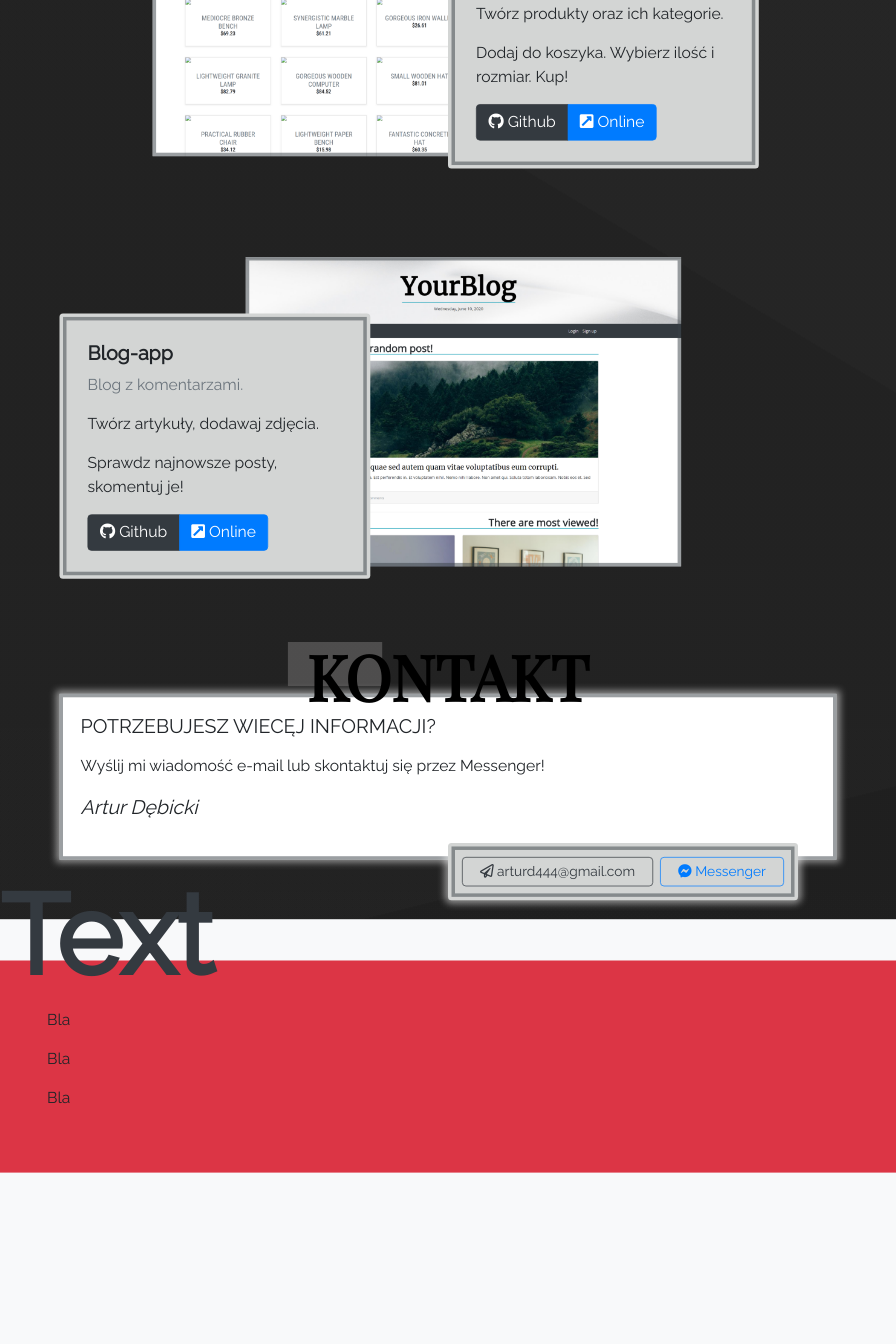
Repository: debicky/debicky.github.io
Page: index.html
The author's editor kept a copy of each file at every save. The page is drawn from the files as they stood at one save, then again after the next save.
The browser window is 1280 px wide. The pictures show the part of the page from y = 3013 to 4933 px (the page is 5393 px tall), at 70% of full size.
Some web libraries are served in a nearby version.

Above is the page before, as saved 2020-06-16 14:42:22.

After the next save:
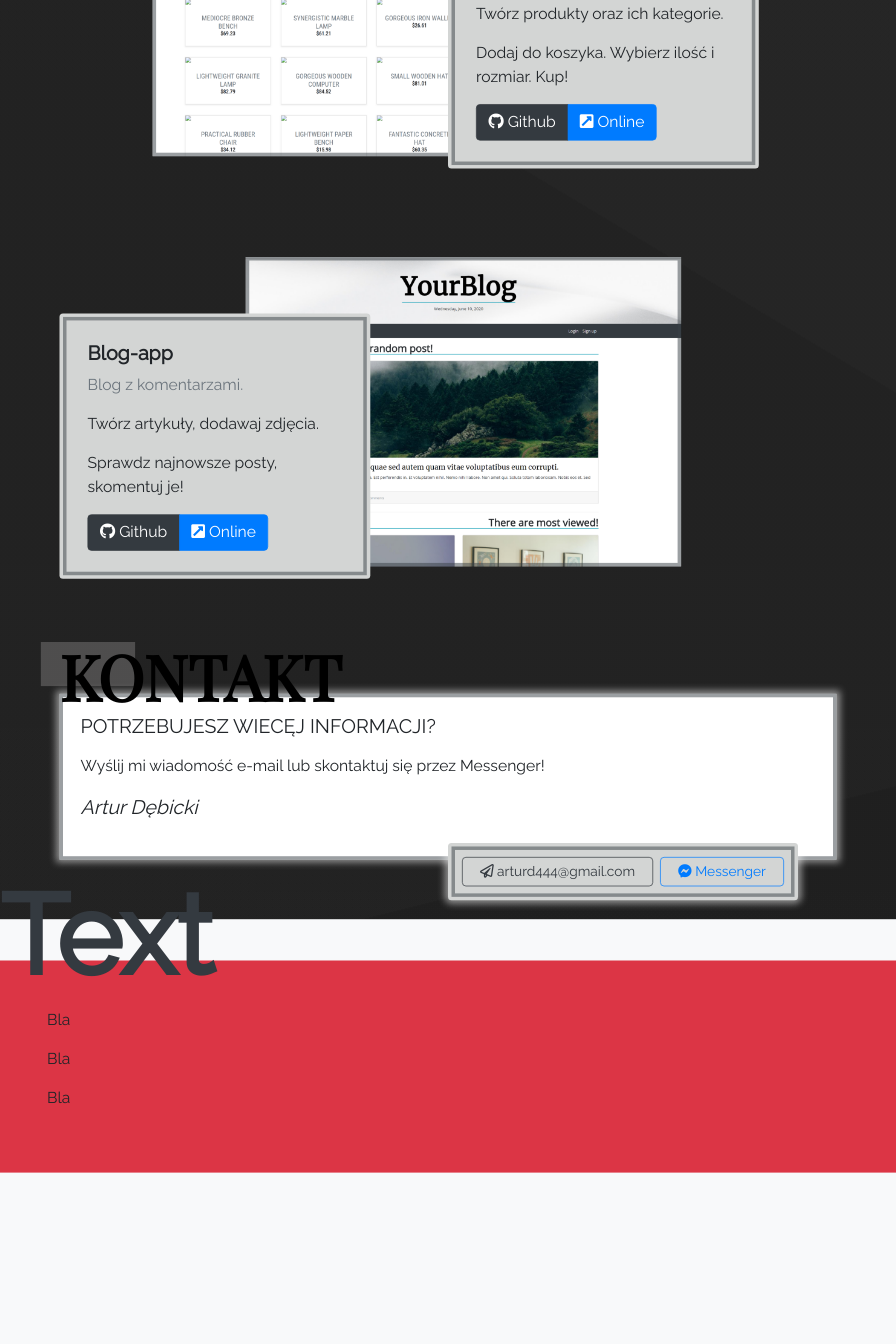
Saved 13 s later.
--- a/index.html
+++ b/index.html
@@ -158,7 +158,7 @@
 
   <section class="contact" id="contact">
     <div class="container">
-      <h1 class="text-center" data-aos="fade-in" data-aos-duration="1500">Kontakt</h1>
+      <h1 class="" data-aos="fade-in" data-aos-duration="1500">Kontakt</h1>
 
       <div class="contact-content" data-aos="zoom-in" data-aos-duration="1000">
         <div class="main-about-description">

After the save that followed:
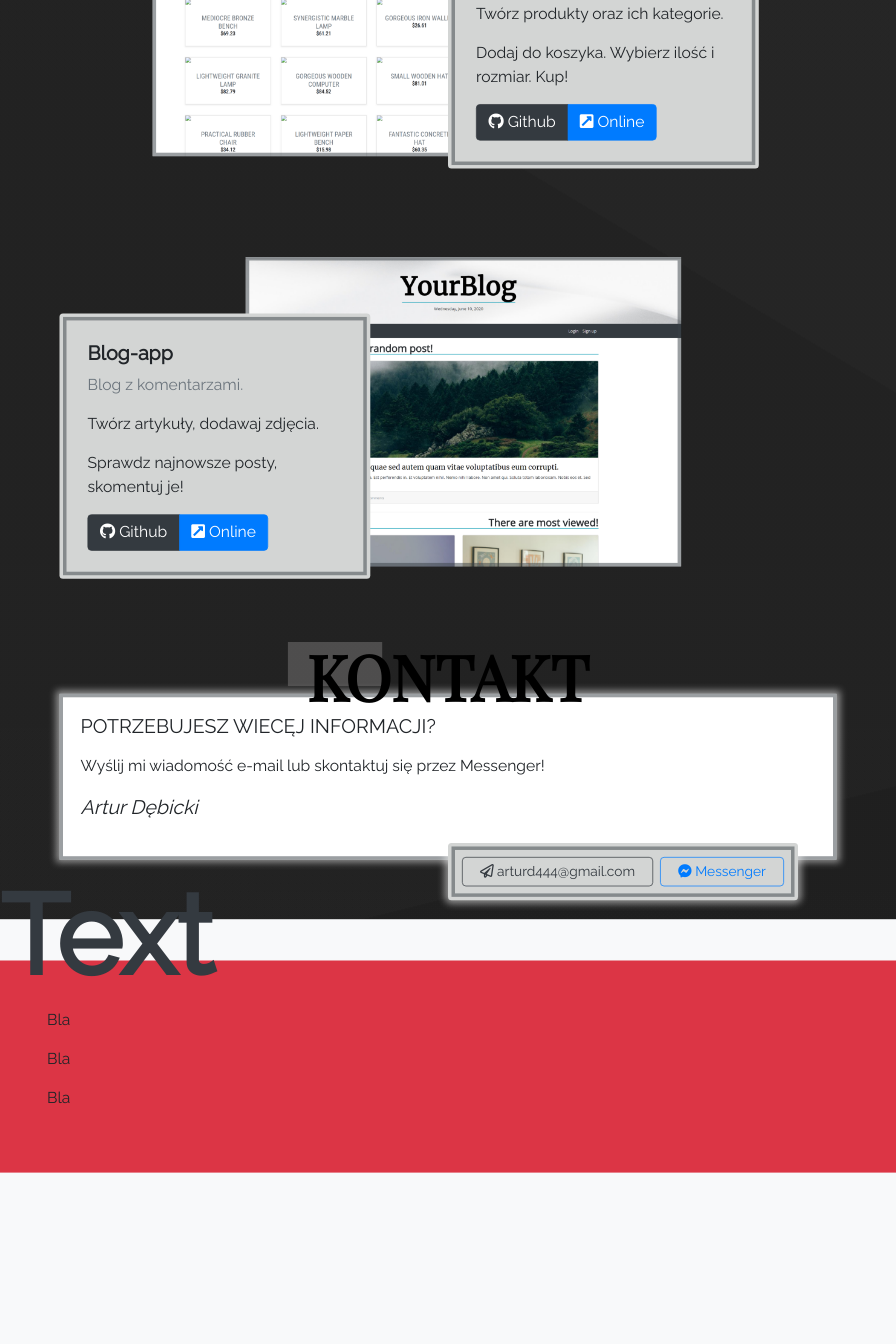
Saved 19 s later.
--- a/index.html
+++ b/index.html
@@ -158,7 +158,7 @@
 
   <section class="contact" id="contact">
     <div class="container">
-      <h1 class="" data-aos="fade-in" data-aos-duration="1500">Kontakt</h1>
+      <h1 class="text-center" data-aos="fade-in" data-aos-duration="1500">Kontakt</h1>
 
       <div class="contact-content" data-aos="zoom-in" data-aos-duration="1000">
         <div class="main-about-description">
